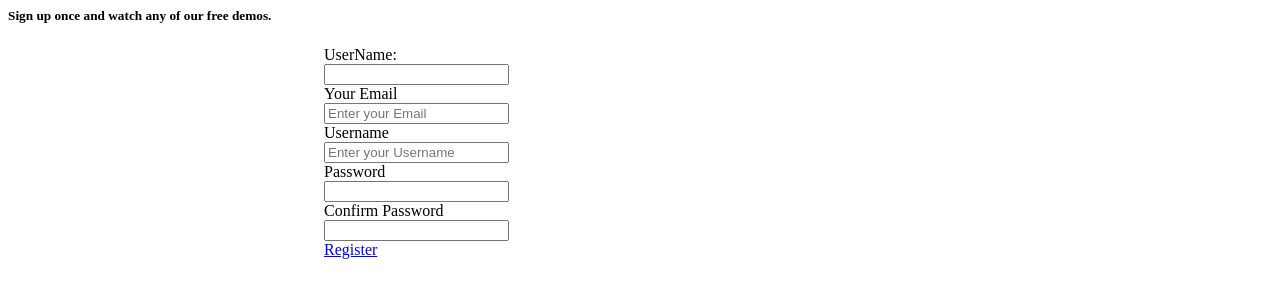
Repository: SUPRIGA/SecondProject
Page: CollaborationFrontEnd/src/main/webapp/user/register.html
An editor plug-in stored every save of this project. The page is shown before and after the next save, followed by the edit.
The browser window is 1280 px wide. The pictures show the whole page.

Above is the page before, as saved 2017-01-16 08:45:12.

### CollaborationFrontEnd/src/main/webapp/user/register.html

	<!--
			<form ng-submit="ctrl.submit()" method="post" style="margin-left: 25%;" name="myForm">
			<h2 style="margin-bottom: 0em;">Register Here</h2>
			<section class="content bgcolor-1" style="margin-top: -3em;">
					<span class="input input--nao" style="margin-top: 0em;">
					<input class="input__field input__field--nao" type="text" id="userName" name="userName" ng-model="ctrl.user.userName" />
					<label class="input__label input__label--nao" for="userName">
						<span class="input__label-content input__label-content--nao">Username</span>
					</label>
					<svg class="graphic graphic--nao" width="300%" height="100%" viewBox="0 0 1200 60" preserveAspectRatio="none">
						<path d="M0,56.5c0,0,298.666,0,399.333,0C448.336,56.5,513.994,46,597,46c77.327,0,135,10.5,200.999,10.5c95.996,0,402.001,0,402.001,0"/>
					</svg>
				</span><br>

					<span class="input input--nao" style="margin-top: -1em;">
					<input class="input__field input__field--nao " type="password" id="passWord" name="passWord" ng-model="ctrl.user.passWord" required  ng-minlength="8"/>
					<label class="input__label input__label--nao" for="passWord">
						<span class="input__label-content input__label-content--nao password">Password</span>
					</label>
					<svg class="graphic graphic--nao" width="300%" height="100%" viewBox="0 0 1200 60" preserveAspectRatio="none">
						<path d="M0,56.5c0,0,298.666,0,399.333,0C448.336,56.5,513.994,46,597,46c77.327,0,135,10.5,200.999,10.5c95.996,0,402.001,0,402.001,0"/>
					</svg>
				</span><br>
					<span class="input input--nao " style="margin-top: -1em;">
					<input class="input__field input__field--nao" type="password" id="confirmPass" name="confirmPass" ng-model="ctrl.user.confirmPass" onkeyup="checkPass(); return false;"/>
					<label class="input__label input__label--nao" for="confirmPass">
						<span class="input__label-content input__label-content--nao">Confirm Password</span>
					</label>
					<svg class="graphic graphic--nao" width="300%" height="100%" viewBox="0 0 1200 60" preserveAspectRatio="none">
						<path d="M0,56.5c0,0,298.666,0,399.333,0C448.336,56.5,513.994,46,597,46c77.327,0,135,10.5,200.999,10.5c95.996,0,402.001,0,402.001,0"/>
					</svg>
				</span><span id="confirmMessage" class="confirmMessage"></span><br>
				<span class="input input--nao" style="margin-top: -1em;">
					<input class="input__field input__field--nao" type="email" id="emailId" name="emailId" ng-model="ctrl.user.emailId"/>
					<label class="input__label input__label--nao" for="emailId">
						<span class="input__label-content input__label-content--nao">Email</span>
					</label>
					<svg class="graphic graphic--nao" width="300%" height="100%" viewBox="0 0 1200 60" preserveAspectRatio="none">
						<path d="M0,56.5c0,0,298.666,0,399.333,0C448.336,56.5,513.994,46,597,46c77.327,0,135,10.5,200.999,10.5c95.996,0,402.001,0,402.001,0"/>
					</svg>
				</span><br>
				<span class="input input--nao" style="margin-top: -1em;">
					<input class="input__field input__field--nao" type="text" id="phoneNo" name="phoneNo" ng-model="ctrl.user.phoneNo"/>
					<label class="input__label input__label--nao" for="phoneNo">
						<span class="input__label-content input__label-content--nao">Phone Number</span>
					</label>
					<svg class="graphic graphic--nao" width="300%" height="100%" viewBox="0 0 1200 60" preserveAspectRatio="none">
						<path d="M0,56.5c0,0,298.666,0,399.333,0C448.336,56.5,513.994,46,597,46c77.327,0,135,10.5,200.999,10.5c95.996,0,402.001,0,402.001,0"/>
					</svg>
				</span><br>
				<span class="input input--nao" style="margin-top: -1em;">
					<input class="input__field input__field--nao" type="text" id="address" name="address" ng-model="ctrl.user.address"/>
					<label class="input__label input__label--nao" for="address">
						<span class="input__label-content input__label-content--nao">Address</span>
					</label>
					<svg class="graphic graphic--nao" width="300%" height="100%" viewBox="0 0 1200 60" preserveAspectRatio="none">
						<path d="M0,56.5c0,0,298.666,0,399.333,0C448.336,56.5,513.994,46,597,46c77.327,0,135,10.5,200.999,10.5c95.996,0,402.001,0,402.001,0"/>
					</svg>
				</span><br>
					<span class="input input--nao" style="margin-top: -1em;">
					<input class="input__field input__field--nao" type="text" id="zipCode" name="zipCode" ng-model="ctrl.user.zipCode"/>
					<label class="input__label input__label--nao" for="zipCode">
						<span class="input__label-content input__label-content--nao">Zip Code</span>
					</label>
					<svg class="graphic graphic--nao" width="300%" height="100%" viewBox="0 0 1200 60" preserveAspectRatio="none">
						<path d="M0,56.5c0,0,298.666,0,399.333,0C448.336,56.5,513.994,46,597,46c77.327,0,135,10.5,200.999,10.5c95.996,0,402.001,0,402.001,0"/>
					</svg>
				</span><br>
				<span class="input input--nao" style="margin-top: 0em;" >
					<select name="role" ng-model="ctrl.user.role" style="outline: none; border-left: none; border-right: none; border-top: none; width: 100%;">
					<option value="">Select your Role</option>
						<option value="student">Student</option>
						<option value="alumini">Alumini</option>
						<option value="employee">Employee</option>
					</select>
				</span><br>
				<div class="row">
				<span class="input input--nao" style="margin-top: -1em; margin-left: 2em;">
				<a href="#login"> Existing User? </a>
				<input type="submit" name="submit" value="Register" class="btn btn-success" style="margin-left: 10em;" ng-disabled="myForm.$invalid">
				  <img ng-if="vm.dataLoading" src="data:[embedded picture, 922 characters]" />
				</span>

				</div>
			</section>




	</form> -->

			<!-- /container -->
		 <script src="js/classie.js"></script>
		<script>
			(function() {
				// trim polyfill : https://developer.mozilla.org/en-US/docs/Web/JavaScript/Reference/Global_Objects/String/Trim
				if (!String.prototype.trim) {
					(function() {
						// Make sure we trim BOM and NBSP
						var rtrim = /^[\s\uFEFF\xA0]+|[\s\uFEFF\xA0]+$/g;
						String.prototype.trim = function() {
							return this.replace(rtrim, '');
						};
					})();
				}

				[].slice.call( document.querySelectorAll( 'input.input__field' ) ).forEach( function( inputEl ) {
					// in case the input is already filled..
					if( inputEl.value.trim() !== '' ) {
						classie.add( inputEl.parentNode, 'input--filled' );
					}

					// events:
					inputEl.addEventListener( 'focus', onInputFocus );
					inputEl.addEventListener( 'blur', onInputBlur );
				} );

				function onInputFocus( ev ) {
					classie.add( ev.target.parentNode, 'input--filled' );
				}

				function onInputBlur( ev ) {
					if( ev.target.value.trim() === '' ) {
						classie.remove( ev.target.parentNode, 'input--filled' );
					}
				}
			})();
		</script>




		<div class="container">

			<div class="row main">
				<div class="main-login main-center">
				<h5>Sign up once and watch any of our free demos.</h5>
					 <form ng-submit="ctrl.submit()" method="post" style="margin-left: 25%;" name="myForm">

						<div class="form-group">
							<label for="userName" class="cols-sm-2 control-label">UserName:</label>
							<div class="cols-sm-10">
								<div class="input-group">
									<span class="input-group-addon"><i class="fa fa-user fa" aria-hidden="true"></i></span>
									<input type="text" class="form-control" type="text" id="userName" name="userName" ng-model="ctrl.user.userName" for="userName"/>
								</div>
							</div>
						</div>

						<div class="form-group">
							<label for="email" class="cols-sm-2 control-label">Your Email</label>
							<div class="cols-sm-10">
								<div class="input-group">
									<span class="input-group-addon"><i class="fa fa-envelope fa" aria-hidden="true"></i></span>
									<input type="text" class="form-control" name="email" id="email"  placeholder="Enter your Email"/>
								</div>
							</div>
						</div>

						<div class="form-group">
							<label for="username" class="cols-sm-2 control-label">Username</label>
							<div class="cols-sm-10">
								<div class="input-group">
									<span class="input-group-addon"><i class="fa fa-users fa" aria-hidden="true"></i></span>
									<input type="text" class="form-control" name="username" id="username"  placeholder="Enter your Username"/>
								</div>
							</div>
						</div>

						<div class="form-group">
							<label for="password" class="cols-sm-2 control-label">Password</label>
							<div class="cols-sm-10">
								<div class="input-group">
									<span class="input-group-addon"><i class="fa fa-lock fa-lg" aria-hidden="true"></i></span>
									<input type="password" class="form-control" type="password" for="passWord"  id="passWord" name="passWord" ng-model="ctrl.user.passWord" required  ng-minlength="8"/>
								</div>
							</div>
						</div>

						<div class="form-group">
							<label for="confirm" class="cols-sm-2 control-label">Confirm Password</label>
							<div class="cols-sm-10">
								<div class="input-group">
									<span class="input-group-addon"><i class="fa fa-lock fa-lg" aria-hidden="true"></i></span>
									<input type="password" class="form-control"type="password" id="confirmPass" name="confirmPass" for="confirmPass" ng-model="ctrl.user.confirmPass" onkeyup="checkPass(); return false;"/>
								</div>
							</div>
						</div>

						<div class="form-group ">
							<a href="http://deepak646.blogspot.in" target="_blank" type="button" id="button" class="btn btn-primary btn-lg btn-block login-button">Register</a>
						</div>

					</form>
				</div>
			</div>
		</div>

		 <!-- jQuery (necessary for Bootstrap's JavaScript plugins) -->

### CollaborationFrontEnd/src/main/webapp/js/classie.js
/*!
 * classie - class helper functions
 * from bonzo https://github.com/ded/bonzo
 *
 * classie.has( elem, 'my-class' ) -> true/false
 * classie.add( elem, 'my-new-class' )
 * classie.remove( elem, 'my-unwanted-class' )
 * classie.toggle( elem, 'my-class' )
 */

/*jshint browser: true, strict: true, undef: true */
/*global define: false */

( function( window ) {

'use strict';

// class helper functions from bonzo https://github.com/ded/bonzo

function classReg( className ) {
  return new RegExp("(^|\\s+)" + className + "(\\s+|$)");
}

// classList support for class management
// altho to be fair, the api sucks because it won't accept multiple classes at once
var hasClass, addClass, removeClass;

if ( 'classList' in document.documentElement ) {
  hasClass = function( elem, c ) {
    return elem.classList.contains( c );
  };
  addClass = function( elem, c ) {
    elem.classList.add( c );
  };
  removeClass = function( elem, c ) {
    elem.classList.remove( c );
  };
}
else {
  hasClass = function( elem, c ) {
    return classReg( c ).test( elem.className );
  };
  addClass = function( elem, c ) {
    if ( !hasClass( elem, c ) ) {
      elem.className = elem.className + ' ' + c;
    }
  };
  removeClass = function( elem, c ) {
    elem.className = elem.className.replace( classReg( c ), ' ' );
  };
}

function toggleClass( elem, c ) {
  var fn = hasClass( elem, c ) ? removeClass : addClass;
  fn( elem, c );
}

var classie = {
  // full names
  hasClass: hasClass,
  addClass: addClass,
  removeClass: removeClass,
  toggleClass: toggleClass,
  // short names
  has: hasClass,
  add: addClass,
  remove: removeClass,
  toggle: toggleClass
};

// transport
if ( typeof define === 'function' && define.amd ) {
  // AMD
  define( classie );
} else {
  // browser global
  window.classie = classie;
}

})( window );

After the next save:
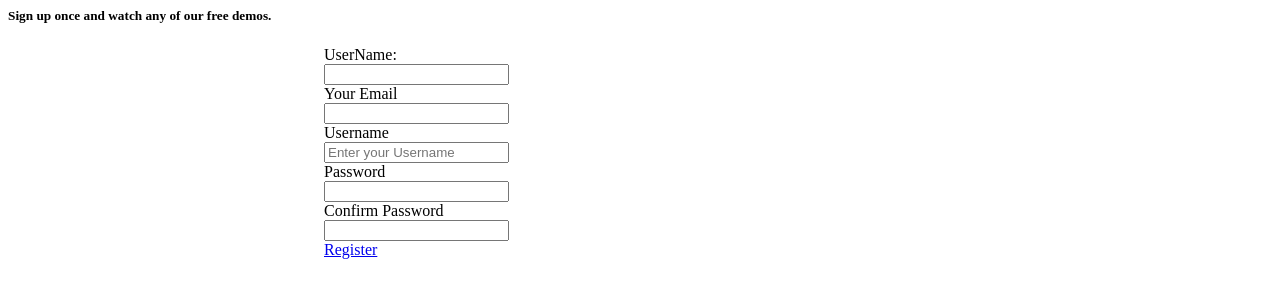
Saved 64 s later.
--- a/CollaborationFrontEnd/src/main/webapp/user/register.html
+++ b/CollaborationFrontEnd/src/main/webapp/user/register.html
@@ -153,7 +153,7 @@
 							<div class="cols-sm-10">
 								<div class="input-group">
 									<span class="input-group-addon"><i class="fa fa-envelope fa" aria-hidden="true"></i></span>
-									<input type="text" class="form-control" name="email" id="email"  placeholder="Enter your Email"/>
+									<input type="text" class="form-control" type="email" for="emailId" id="emailId" name="emailId" ng-model="ctrl.user.emailId"/>
 								</div>
 							</div>
 						</div>
